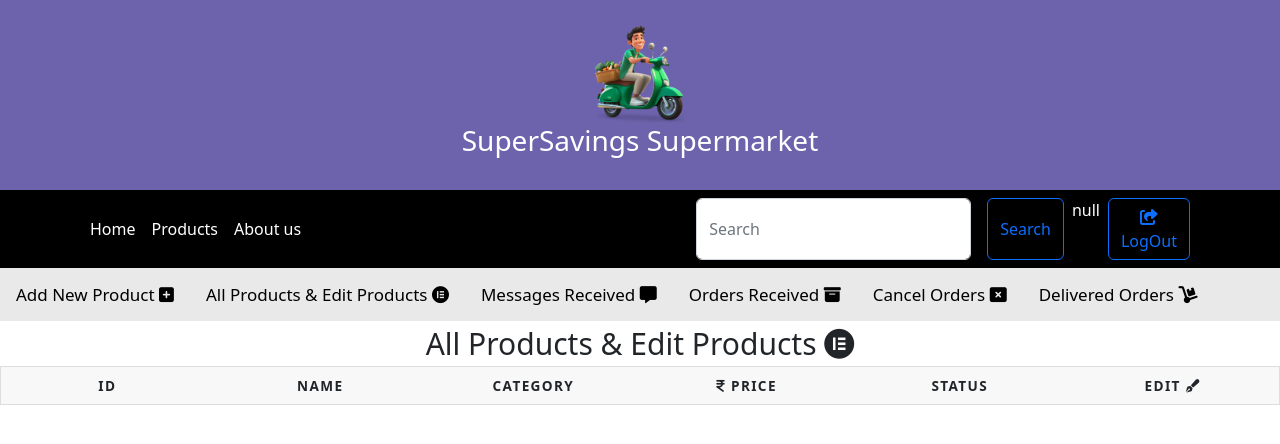
Repository: Raviraj39/SuperSaving-Online-Supermarket-Website
Page: http://localhost/Super_market/allProductEdit.jsp
An editor plug-in stored every save of this project. The page is shown before and after the next save, followed by the edit.
The browser window is 1280 px wide. The pictures show the whole page.
The page is served by Tomcat 9. Queries for data that is not in the repository find no rows.

Above is the page before, as saved 2023-12-21 19:24:10.

After the next save:
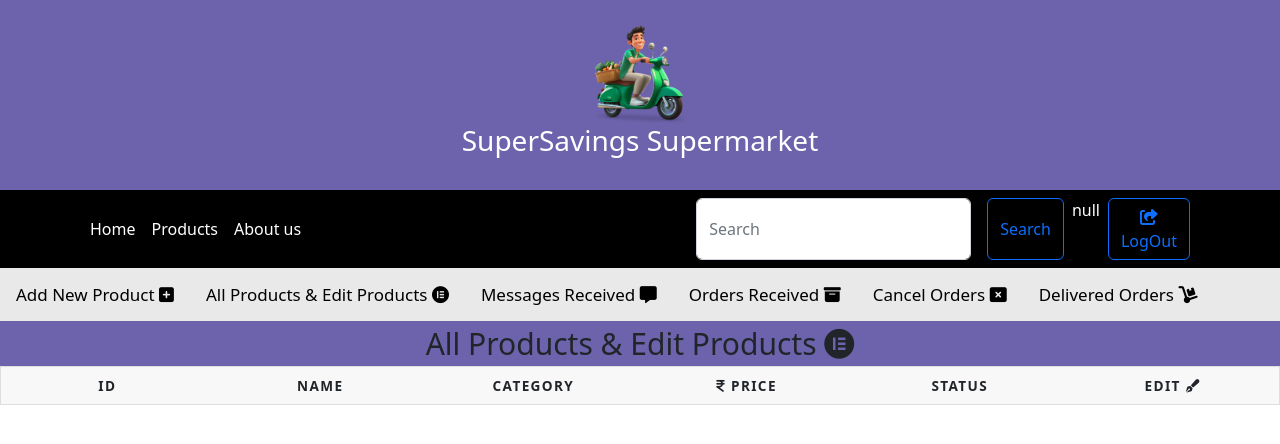
Saved 33 s later.
--- a/Super_market/src/main/webapp/allProductEdit.jsp
+++ b/Super_market/src/main/webapp/allProductEdit.jsp
@@ -17,7 +17,7 @@
 </head>
 <body>
 
-<div style="color: ; text-align: center; font-size: 30px;">All Products & Edit Products <i class='fab fa-elementor'></i></div>
+<div style="color: ; text-align: center; font-size: 30px; background-color: #6C63AC;">All Products & Edit Products <i class='fab fa-elementor'></i></div>
 
 <%
 String msg=request.getParameter("msg");
